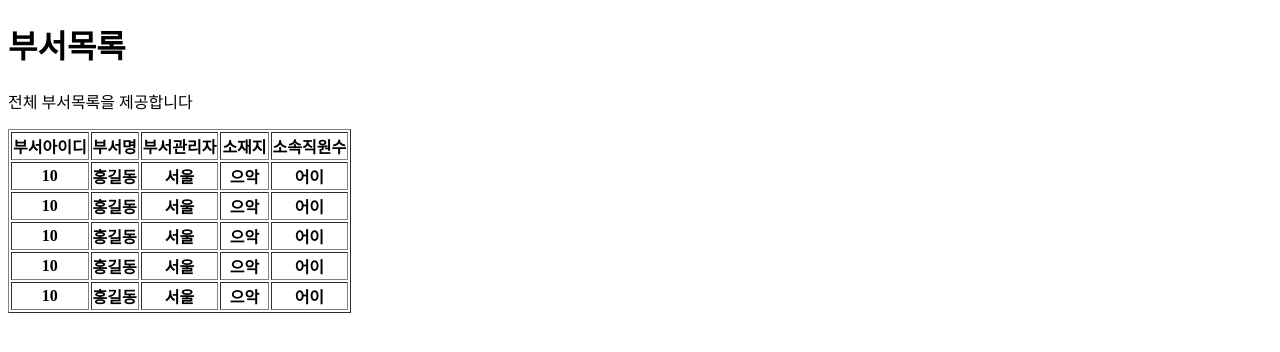
Repository: qwer1227/Jsp_study
Page: http://localhost/hr/dept/list.jsp
The author's editor kept a copy of each file at every save. The page is drawn from the files as they stood at one save, then again after the next save.
The browser window is 1280 px wide. The pictures show the whole page.
The page is served by Tomcat 9. Other server files are loaded and not shown. Queries for data that is not in the repository find no rows.

Above is the page before, as saved 2024-08-06 05:12:44.

### hr/src/main/webapp/dept/list.jsp
<%@page import="hr.vo.DeptList"%>
<%@page import="java.util.List"%>
<%@page import="hr.dao.DeptDao"%>
<%@ page language="java" contentType="text/html; charset=EUC-KR"
    pageEncoding="EUC-KR"%>
<!DOCTYPE html>
<html>
<head>
<meta charset="EUC-KR">
<title>Insert title here</title>
</head>
<body>
<H1>부서목록</H1>
<p>전체 부서목록을 제공합니다</p>

<%
// departments 테이블에 대한 CRUD작업이 구현된 DeptDAO객체를 생성한다
DeptDao deptdao = new DeptDao();

// 모든 부서정보를 반환하는 findAllDepts() 메소드를 실행해서 부서목록을 획득한다
List<DeptList> depts = deptdao.findAllDepts();

%>

<table border="1">
	<thead>
		<tr>
			<th>부서아이디</th>
			<th>부서명</th>
			<th>부서관리자</th>
			<th>소재지</th>
			<th>소속직원수</th>
		</tr>
	</thead>
	<tbody>
		<tr>
			<th>10</th>
			<th>홍길동</th>
			<th>서울</th>
			<th>으악</th>
			<th>어이</th>
		</tr>
		<tr>
			<th>10</th>
			<th>홍길동</th>
			<th>서울</th>
			<th>으악</th>
			<th>어이</th>
		</tr>
		<tr>
			<th>10</th>
			<th>홍길동</th>
			<th>서울</th>
			<th>으악</th>
			<th>어이</th>
		</tr>
		<tr>
			<th>10</th>
			<th>홍길동</th>
			<th>서울</th>
			<th>으악</th>
			<th>어이</th>
		</tr>
		<tr>
			<th>10</th>
			<th>홍길동</th>
			<th>서울</th>
			<th>으악</th>
			<th>어이</th>
		</tr>
	</tbody>
</table>
</body>
</html>

### hr/src/main/java/hr/dao/DeptDao.java
package hr.dao;

import java.sql.Connection;
import java.sql.PreparedStatement;
import java.sql.ResultSet;
import java.sql.SQLException;
import java.util.ArrayList;
import java.util.List;

import hr.utils.ConnectionUtils;
import hr.vo.DeptList;

public class DeptDao {

	/**
	 * 모든 부서정보를 반환한다
	 * @return 부서목록
	 * @throws SQLException
	 */
	public List<DeptList> findAllDepts() throws SQLException{
		String sql = """
				SELECT DEPARTMENT_ID, DEPARTMENT_NAME, FIRST_NAME, CITY, CNT
				FROM DEPT_DETAIL_VIEW
				WHERE MANAGER_ID IS NOT NULL
				ORDER BY DEPARTMENT_ID ASC
				""";

		List<DeptList> depts = new ArrayList<DeptList>();
		Connection con = ConnectionUtils.getConnection();
		PreparedStatement pstmt = con.prepareStatement(sql);
		ResultSet rs = pstmt.executeQuery();

		while(rs.next()) {
			DeptList vo = new DeptList();
			vo.setId(rs.getInt("department_id"));
			vo.setName(rs.getString("department_name"));
			vo.setManagerName(rs.getString("first_name"));
			vo.setCity(rs.getString("city"));
			vo.setCnt(rs.getInt("cnt"));

			depts.add(vo);
		}
		rs.close();
		pstmt.close();
		con.close();
		return depts;
	}
}

### hr/src/main/java/hr/utils/ConnectionUtils.java
package hr.utils;

import java.sql.Connection;
import java.sql.DriverManager;
import java.sql.SQLException;

/**
 * JDBC 드라이버를 메모리에 로딩시키고,
 * 데이터베이스와 연결된 Connection 객체를 제공하는 클래스다.
 */
public class ConnectionUtils {

	private static final String url = "jdbc:oracle:thin:@localhost:1521:xe";
	private static final String username = "hta";
	private static final String password = "zxcv1234";

	static {
		try {
			Class.forName("oracle.jdbc.OracleDriver");
		} catch (ClassNotFoundException ex) {
			ex.printStackTrace();
		}
	}

	/**
	 * 데이터베이스와 연결된 Connection객체를 반환한다.
	 * @return Connection 객체
	 * @throws SQLException
	 */
	public static Connection getConnection() throws SQLException {
		return DriverManager.getConnection(url, username, password);
	}
}

After the next save:
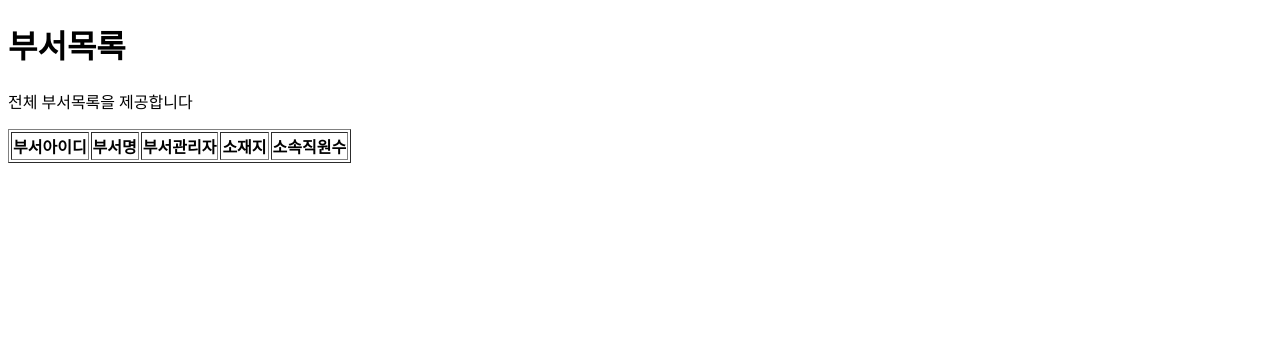
Saved 5 min 2 s later.
--- a/hr/src/main/webapp/dept/list.jsp
+++ b/hr/src/main/webapp/dept/list.jsp
@@ -33,41 +33,22 @@ List<DeptList> depts = deptdao.findAllDepts();
 		</tr>
 	</thead>
 	<tbody>
+	<%
+		for(DeptList dept : depts){
+	%>
+
+
 		<tr>
-			<th>10</th>
-			<th>홍길동</th>
-			<th>서울</th>
-			<th>으악</th>
-			<th>어이</th>
+			<th><%=dept.getId() %></th>
+			<th><%=dept.getName() %></th>
+			<th><%=dept.getManagerName() %></th>
+			<th><%=dept.getCity() %></th>
+			<th><%=dept.getCnt() %>명</th>
 		</tr>
-		<tr>
-			<th>10</th>
-			<th>홍길동</th>
-			<th>서울</th>
-			<th>으악</th>
-			<th>어이</th>
-		</tr>
-		<tr>
-			<th>10</th>
-			<th>홍길동</th>
-			<th>서울</th>
-			<th>으악</th>
-			<th>어이</th>
-		</tr>
-		<tr>
-			<th>10</th>
-			<th>홍길동</th>
-			<th>서울</th>
-			<th>으악</th>
-			<th>어이</th>
-		</tr>
-		<tr>
-			<th>10</th>
-			<th>홍길동</th>
-			<th>서울</th>
-			<th>으악</th>
-			<th>어이</th>
-		</tr>
+
+		<%
+		}
+		%>
 	</tbody>
 </table>
 </body>
